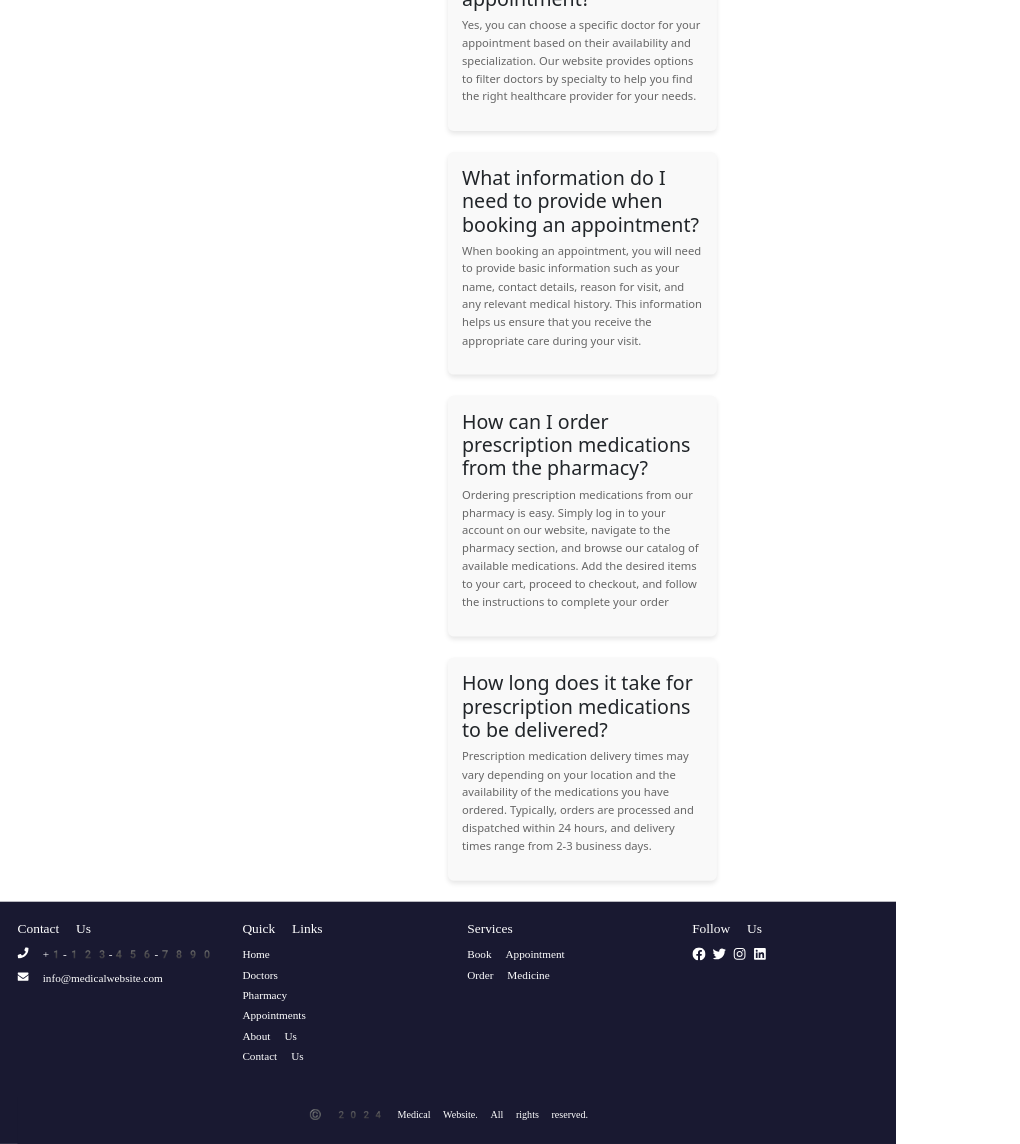
Repository: WajihaGul/MedicalApp-Frontend
Page: /
An editor plug-in stored every save of this project. The page is shown before and after the next save, followed by the edit.
The browser window is 1280 px wide. The page is 1457 px wide, so the pictures cover 1457 px, including what lies to the right of the window. The pictures show the part of the page from y = 2893 to 4573 px (the page is 4527 px tall before and 4573 px after), at 70% of full size.
The project was rebuilt for these pictures with package versions that can differ from the ones it lists, and the page was loaded fresh each time. Also part of the build but not shown: vite.config.js, src/index.css, src/App.css, src/Components/PharmacyGrid/PharmacyGrid.module.css, src/Components/DeletePopup/DeletePopup.module.css, src/Components/DeletePopup/DeletePopup.jsx, src/Components/PharmacyGrid/PharmacyGrid.jsx, src/Pages/Pharmacy.jsx and 38 more.

Above is the page before, as saved 2024-06-09 12:58:19.

After the next save:
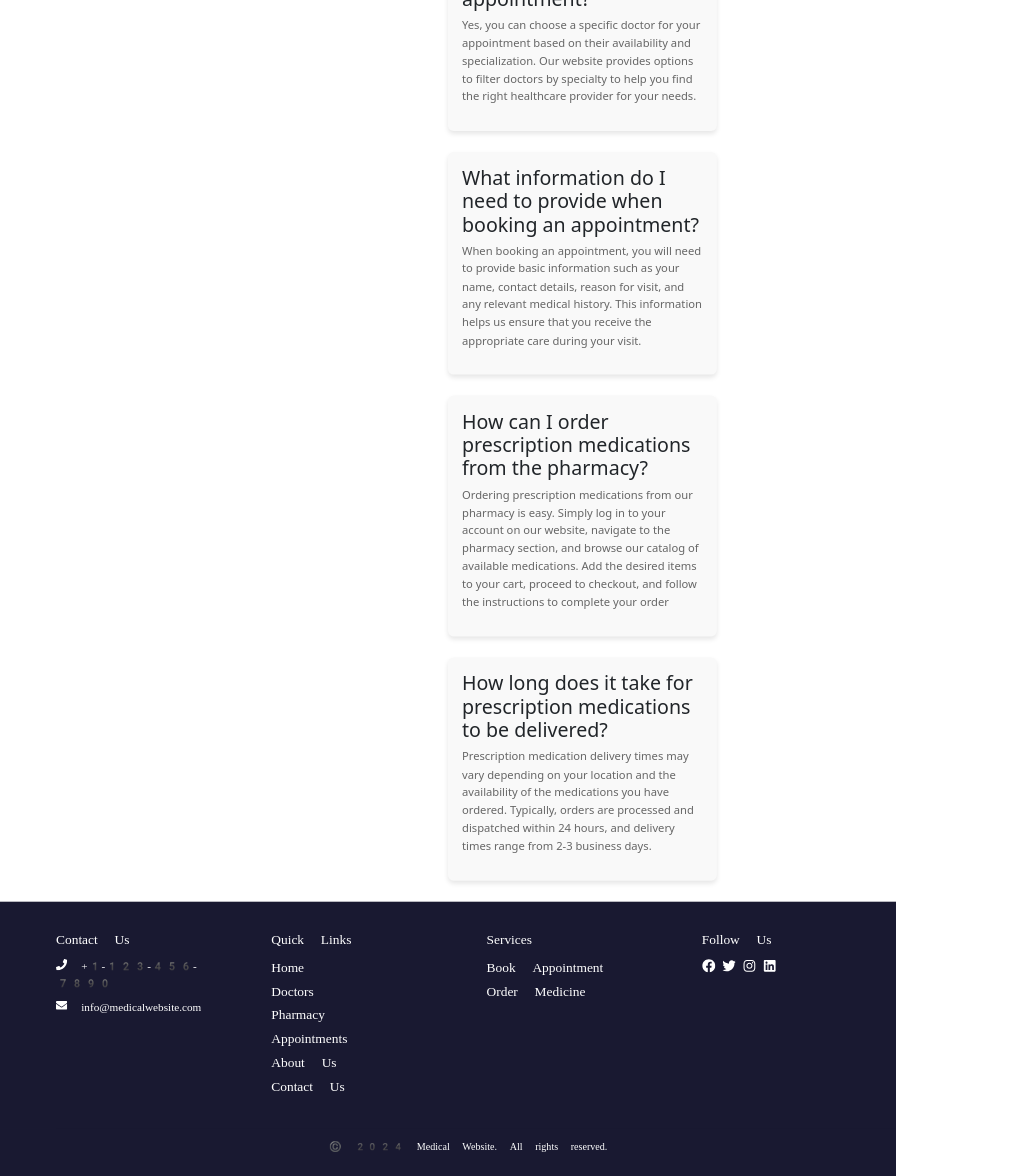
Saved 33 s later.
--- a/src/Components/Footer/Footer.module.css
+++ b/src/Components/Footer/Footer.module.css
@@ -1,13 +1,15 @@
 .footer {
   background-color: #191931;
-  padding-top: 26px;
-  padding-left: 25px;
-  font-family: emoji;
-  color: white;
-  display: flex;
-  flex-direction: column;
-  justify-content: space-between; /* Align content at the top and bottom */
-  height: 100%; /* Make the footer take the full height */
+    padding-top: 43px;
+    padding-left: 25px;
+    font-family: emoji;
+    color: white;
+    display: flex;
+    flex-direction: column;
+    justify-content: space-between;
+    height: 100%;
+    padding-left: 80px;
+    font-size: larger;
 }
 
 .footer .container {
